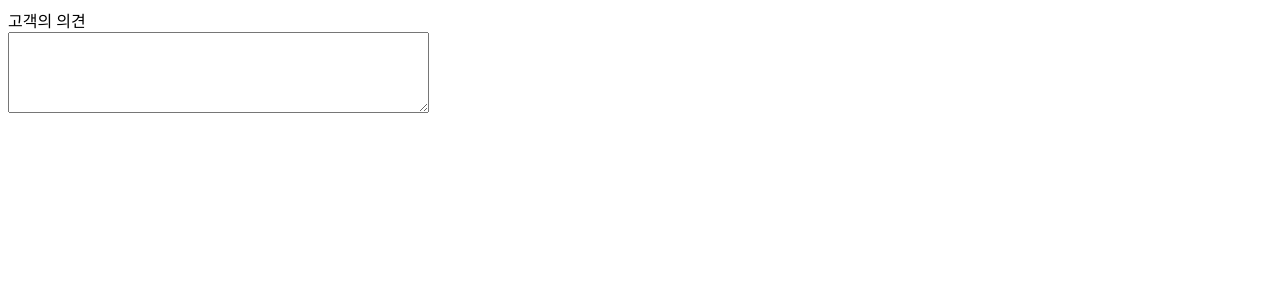
Repository: daehyeonhong/HTML
Page: ch03/WebContent/textarea1.html
An editor plug-in stored every save of this project. The page is shown before and after the next save, followed by the edit.
The browser window is 1280 px wide. The pictures show the whole page.

Above is the page before, as saved 2020-05-18 05:28:58.

After the next save:
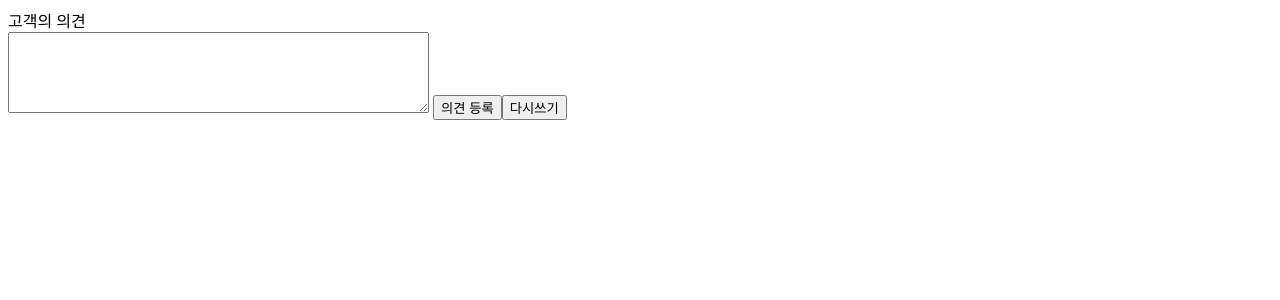
Saved 72 s later.
--- a/ch03/WebContent/textarea1.html
+++ b/ch03/WebContent/textarea1.html
@@ -6,7 +6,8 @@
 </head>
 <body>
 <form>고객의 의견<br>
-<textarea rows="5" cols="50"></textarea>
+<textarea rows="5" cols="50" name = "feedback" maxlength="50"></textarea>
+<input type="submit" value="의견 등록"><input type="reset" value = "다시쓰기">
 </form>
 </body>
 </html>
